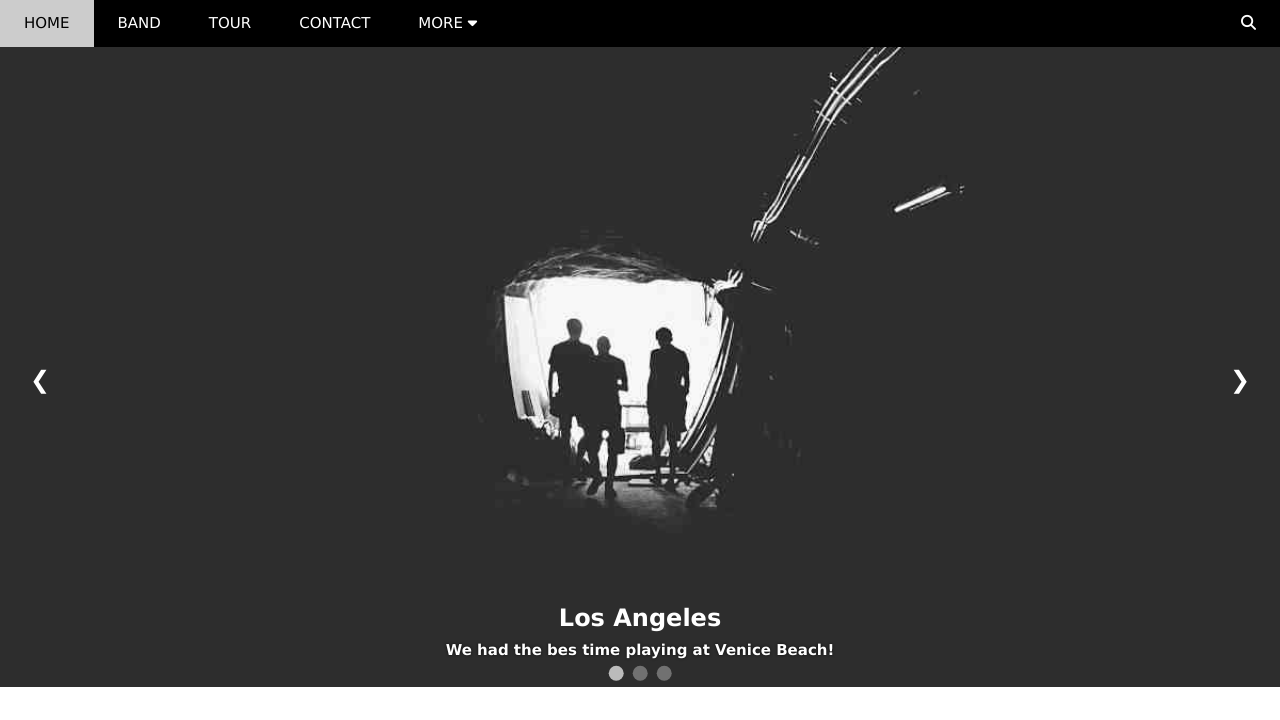
Repository: tam1512/The-Band
Page: index.html
These files come from the project's save history. The page is drawn as it stood at one moment and after the next save; the edit follows.
The browser window is 1280 px wide. The pictures show the whole page.
Some web libraries are served in a nearby version.

Above is the page before, as saved 2022-07-23 04:43:20.

After the next save:
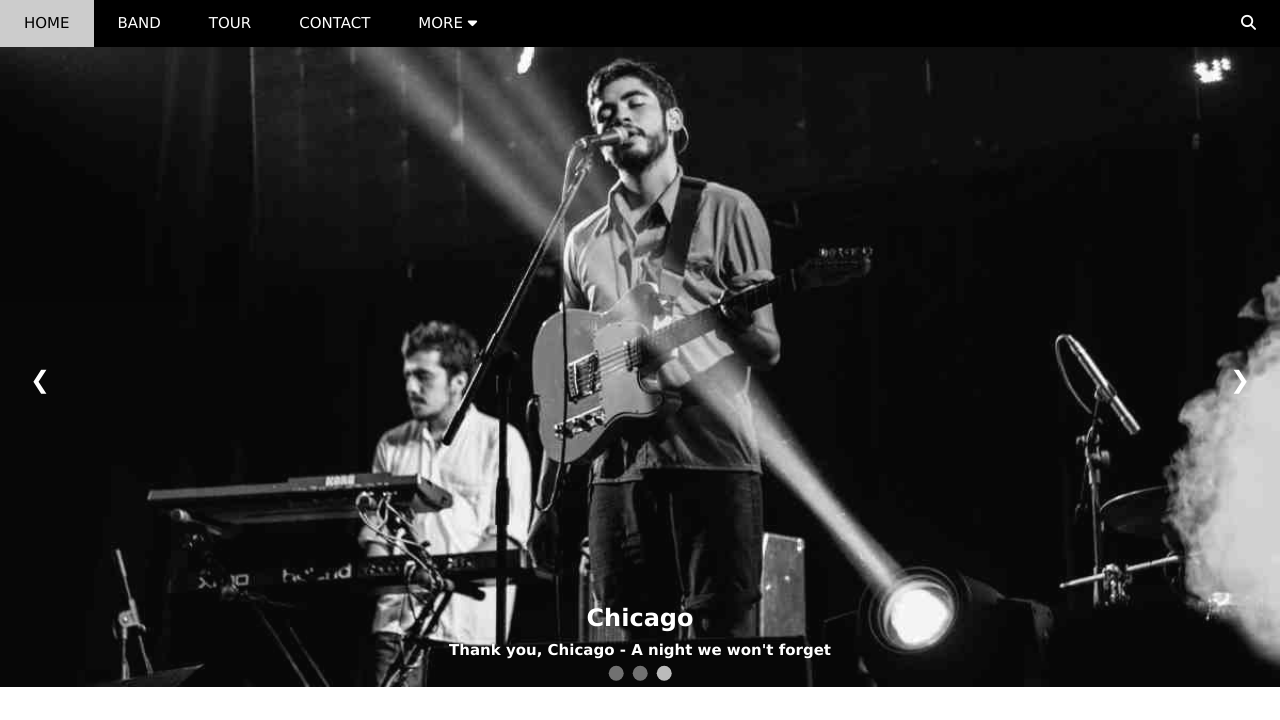
Saved 29 s later.
--- a/assets/js/js.js
+++ b/assets/js/js.js
@@ -59,5 +59,5 @@ function showSlidesAuto() {
   }
   slides[slideIndex - 1].style.display = "block";
   dots[slideIndex - 1].className += " active";
-  setTimeout(showSlidesAuto, 2000);
+  setTimeout(showSlidesAuto, 4000);
 }
